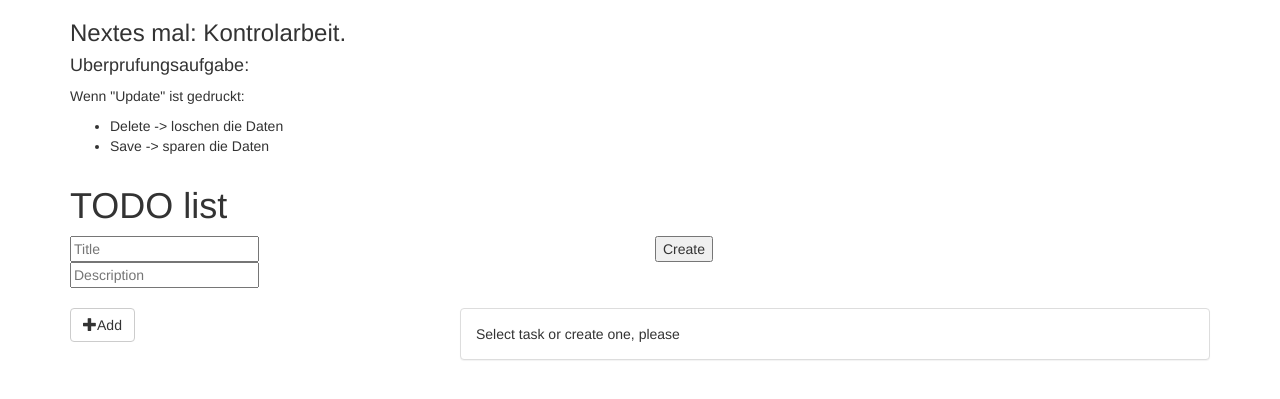
Repository: 3phase/my-ip-2015-2016
Page: 04_SampleAjax/WebContent/index.html
The author's editor kept a copy of each file at every save. The page is drawn from the files as they stood at one save, then again after the next save.
The browser window is 1280 px wide. The pictures show the whole page.
The page's requests for data from a server got no answer.

Above is the page before, as saved 2015-12-18 16:39:01.

### 04_SampleAjax/WebContent/index.html
<!DOCTYPE html>
<html>
	<head>
		<meta charset="utf-8">
		<title>Todo</title>

		<link rel="stylesheet" href="libs/bootstrap-3.3.6-dist/css/bootstrap.css" />
	</head>
	<body>
	<div class="container">
		<h3>Nextes mal: Kontrolarbeit. </h3>
		<h4>Uberprufungsaufgabe: </h4>
		<p>Wenn "Update" ist gedruckt:</p>
		<ul>
			<li>Delete -> loschen die Daten</li>
			<li>Save -> sparen die Daten</li>
		</ul>
	</div>
		<div class="container">
			<h1>TODO list</h1>
			<div class="row">
				<div class="col-sm-6">
					<input type="text" class="title" placeholder="Title"><br>
					<input type="text" class="description" placeholder="Description">
				</div>
				<div class="col-sm-6">
					<input type="submit" class="submit" value="Create">
				</div>
			</div>
			<div class="clear"></div>
			<br>
			<div class="row">
				<div class="col-sm-3">
					<div class="form-group">
						<button type="button" class="btn btn-default" id="addTaskButton"><span class="glyphicon glyphicon-plus"></span>Add</button>
					</div>
					<ul class="list-group" id="tasksList">
						<!--
						<li class="list-group-item">task1</li>
						<li class="list-group-item">task2</li>
						<li class="list-group-item">task3</li>
						-->
					</ul>
				</div>
				<div class="col-sm-offset-1 col-sm-8">
					<div class="panel panel-default" id="emptyPanel">
						<div class="panel-body">
							Select task or create one, please
						</div>
					</div>

					<div class="panel panel-default" id="readPanel" style="display: none;">
						<div class="panel-heading task-title"></div>
						<div class="panel-body">
							<form class="form-horizontal">
								<div class="form-group">
									<label class="col-sm-2">Title</label>
									<div class="col-sm-10 task-title"></div>
								</div>
								<div class="form-group">
									<label class="col-sm-2">Description</label>
									<pre class="col-sm-10 task-description"></pre>
								</div>
								<div class="form-group">
									<div class="col-sm-offset-2 col-sm-5">
										<button type="button" class="btn btn-primary task-action-ok">Edit</button>
										<button type="button" class="btn btn-default task-action-cancel">Cancel</button>
									</div>
									<div class="col-sm-offset-3 col-sm-2">
										<button type="button" class="btn btn-danger task-action-remove">Delete</button>
									</div>
								</div>
							</form>
						</div>
					</div>

					<div class="panel panel-default" id="updatePanel" style="display: none;">
						<div class="panel-heading task-title">Edit task</div>
						<div class="panel-body">
							<form class="form-horizontal">
								<div class="form-group">
									<label class="col-sm-2">Title</label>
									<div class="col-sm-10">
										<input type="text" name="title" class="form-control"/>
									</div>
								</div>
								<div class="form-group">
									<label class="col-sm-2">Description</label>
									<div class="col-sm-10">
										<textarea name="description" rows="8" cols="40" class="form-control"></textarea>
									</div>
								</div>
								<div class="form-group">
									<div class="col-sm-offset-2 col-sm-10">
										<button type="button" class="btn btn-primary task-action-ok">Save</button>
										<button type="button" class="btn btn-default task-action-cancel">Cancel</button>
									</div>
								</div>
							</form>
						</div>
					</div>
					<div class="panel panel-default" id="createPanel" style="display: none;">
						<div class="panel-heading">Create Task</div>
						<div class="panel-body">
							<form class="form-horizontal">
								<div class="form-group">
									<label class="col-sm-2">Title</label>
									<div class="col-sm-10">
										<input type="text" name="title" class="form-control "/>
									</div>
								</div>
								<div class="form-group">
									<label class="col-sm-2">Description</label>
									<div class="col-sm-10">
										<textarea name="description" rows="8" cols="40" class="form-control"></textarea>
									</div>
								</div>
								<div class="form-group">
									<div class="col-sm-offset-2 col-sm-10">
										<button type="button" class="btn btn-primary task-action-ok">OK</button>
										<button type="button" class="btn btn-default task-action-cancel">Cancel</button>
									</div>
								</div>
							</form>
						</div>
					</div>

				</div>
			</div>
		</div>

		<script type="text/javascript" src="libs/jquery-2.1.4.js"></script>
		<script type="text/javascript" src="libs/lodash-3.10.1.js"></script>
		<script type="text/javascript" src="scripts/todoList.js"></script>
	</body>
</html>

### 04_SampleAjax/WebContent/scripts/todoList.js
$(document).ready(function() {
	"use strict";

	// class hand-written
	function written() {
		$(".submit").on("click", function() {
			var ENDPOINT = "http://localhost:3000/tasks";
			var title = $(".title").val();
			var descr = $(".description").val();

			var task = {
				title: title,
				description: descr
			};

			$.ajax(ENDPOINT, {
				method: "POST",
				contentType: "application/json; charset=utf-8",
				data: JSON.stringify(task),
				dataType: "json"
			}).then(function(response){
				console.log(response);
				return response
			});
		});
	}
	// end

	var ENDPOINT = "http://localhost:3000/tasks";


	function showTaskView(task) {
		$("#readPanel .task-title").text(task.title);
		$("#readPanel .task-description").text(task.description);
		showPanel("readPanel")
	}

	function getSingleTask(id) {
		return $.ajax(ENDPOINT + "/" + id, {
			method: "GET",
			dataType: "json"
		});
	}

	function getAllTasks() {
		return $.ajax(ENDPOINT, {
			method: "GET",
			dataType: "json"
		})
	}

	function showPanel(panelName) {
		var ALL_PANELS = ["emptyPanel", "readPanel", "updatePanel", "createPanel"];
		_.forEach(ALL_PANELS, function(nextValue) {
				$("#" + nextValue).hide();
		});
		$("#" + panelName).show();
	}

	function reloadTasks() {
		getAllTasks().then(function(response) {
			function addTaskToList(task) {
				var newItem = $("<li />");
				newItem.text(task.title);
				newItem.addClass("list-group-item");
				newItem.attr("data-task-id", task.id);
				$("#tasksList").append(newItem);
			}

			$("#tasksList").html("");
			_.forEach(response, addTaskToList);

		});
	}

	function attachHandlers() {
		$(document).on("click", "#tasksList [data-task-id]", function() {
			var taskId = $(this).attr("data-task-id");

			getSingleTask(taskId).then(showTaskView);	// showTaskView -> receiving one arg from then

		});
		$(".task-action-cancel").click(function() {
			showPanel("emptyPanel");
		});
	}

	attachHandlers();
	reloadTasks();

});

Loaded but not shown: 04_SampleAjax/WebContent/libs/bootstrap-3.3.6-dist/css/bootstrap.css (library); 04_SampleAjax/WebContent/libs/jquery-2.1.4.js (library); 04_SampleAjax/WebContent/libs/lodash-3.10.1.js (library)

After the next save:
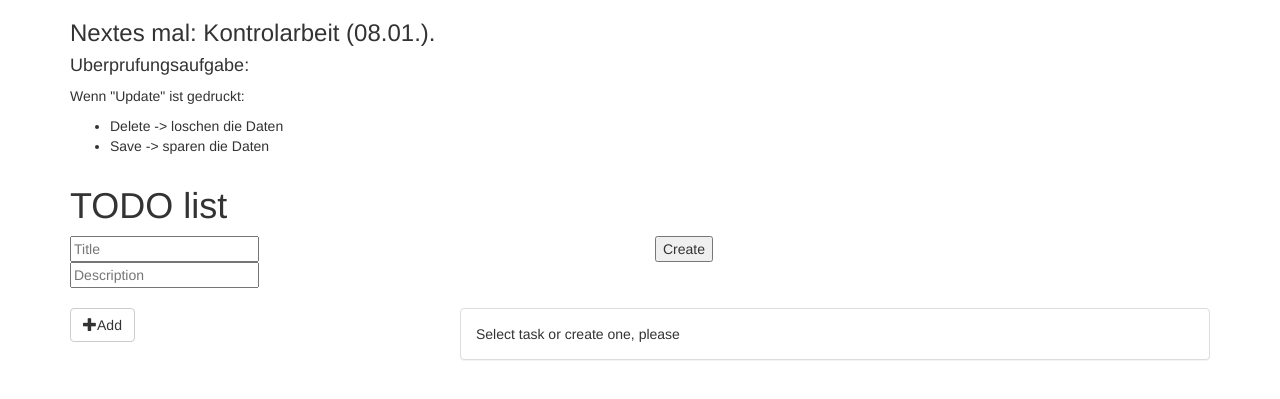
Saved 39 s later.
--- a/04_SampleAjax/WebContent/index.html
+++ b/04_SampleAjax/WebContent/index.html
@@ -8,7 +8,7 @@
 	</head>
 	<body>
 	<div class="container">
-		<h3>Nextes mal: Kontrolarbeit. </h3>
+		<h3>Nextes mal: Kontrolarbeit (08.01.). </h3>
 		<h4>Uberprufungsaufgabe: </h4>
 		<p>Wenn "Update" ist gedruckt:</p>
 		<ul>
